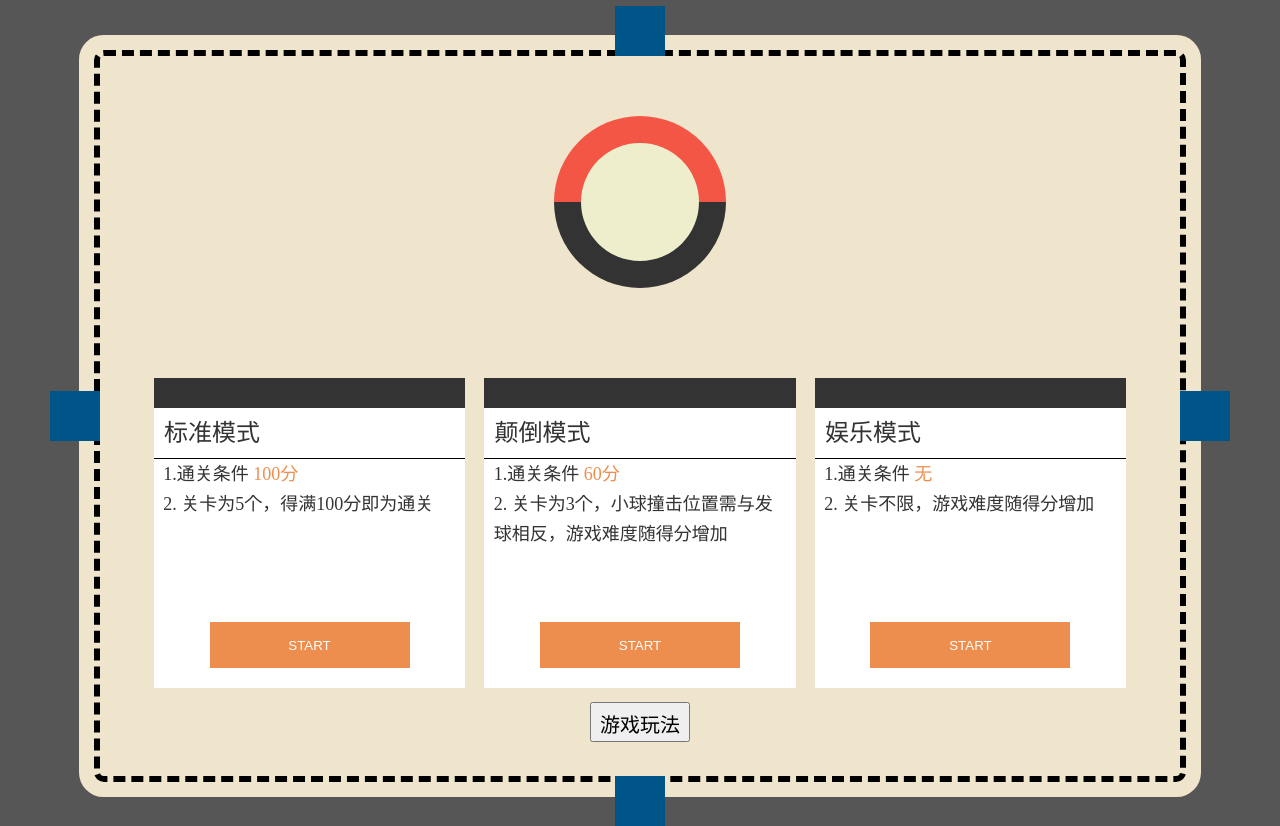
Repository: EEETA/ball-game
Page: theBall2/index.html
An editor plug-in stored every save of this project. The page is shown before and after the next save, followed by the edit.
The browser window is 1280 px wide. The pictures show the whole page.

Above is the page before, as saved 2018-08-04 00:28:17.

### theBall2/index.html
<!DOCTYPE html>
<html lang="en">
<head>
    <meta charset="UTF-8">
    <title>theBall</title>
	<link rel="stylesheet" href="style/index.css">
    <script src="js/jquery-1.8.3.min.js"></script>
	<script src="js/jquery.rotate.min.js"></script>
</head>
<body>
    <section class="box">
        <!-- 旋转div -->
        <section class="ball ballZhuan">
            <div class="redPart_box">
                <div class="redPart"></div>
            </div>
            <div class="blackPart_box">
                <div class="blackPart"></div>
            </div>
            <div class="middlePart"></div>
        </section>
        <div class="ball2"></div>

        <section class="idx_pattern">
            <!-- 主界面-游戏模式 -->
        </section>
        <section class="idx_intro">
            <!-- 主界面-游戏玩法 -->
        </section>

        <section class="game_mask">
        <!-- 游戏界面-娱乐模式遮罩提示层 -->
        </section>
        <div class="arrow">
            <!-- 升级效果 -->
        </div>
        <section class="game_shootBox">
            <!-- 游戏界面-小球发射台 -->
        </section>
        <section class="game_fraction">
            <!-- 游戏界面-分数血量显示 -->
        </section>
        <section class="game_hanlder">
            <!-- 游戏界面-结束模块 -->
        </section>
    </div>

    <script src="data/data.js"></script>
    <script>
        const patternLen = pattern.length;
        const idxPattern = document.querySelector('.idx_pattern');
        const idxIntro = document.querySelector('.idx_intro');
        const gameShootBox = document.querySelector('.game_shootBox');
        const gameFraction = document.querySelector('.game_fraction');
        const gameHanlder = document.querySelector('.game_hanlder');
        const gameMask = document.querySelector('.game_mask');
        var my=[];
        /*主界面-游戏模式*/
        for(var i=0;i<patternLen;i++){
            let idxPatternMain=`<div class="playWrap">
                                    <div class="playTit"> ${pattern[i].patternName} </div>
                                    <div class="playIntroduce">
                                        <div class="playIntroduceTxt">1.通关条件 <span style="color:#EE8E4E"> ${pattern[i].explain.condition} </span></div>
                                        <div class="playIntroduceTxt">2. ${pattern[i].explain.produce} </div>
                                    </div>
                                    <button class="start">START</button>
                                </div>`
            idxPattern.innerHTML+=idxPatternMain;
        }
        /*主界面-游戏玩法*/
        let produceTxt=`<div class="introTxt">
                            <div>
                                1.按空格键/AD可旋转 <img src="img/img1.png" alt="" class="sizeOne">
                            </div>
                            <div>
                                2.当<img src="img/img2.png" alt="" class="sizeOne">掉落时,根据模式将 <img src="img/img1.png" alt="" class="sizeOne"> 旋转到对应的颜色即可得1分,反之<span style="color:red">HP-1</span>
                            </div>
                            <div>
                                3.进入游戏后，每个玩家血量为5,右上角为分数面板 <img src="img/img3.png" alt="" class="sizeTwo"> 左侧为当前分数,右侧为当前关卡上限,分数达到上限即可进入下一关
                            </div>
                        </div>
                        <button class="introTxtBtn">游戏玩法</button>`
        idxIntro.innerHTML=produceTxt;



        /*游戏界面-小球发射台*/
        let gameShootBoxMain=`  <div class="launcher launT">

                                </div>
                                <div class="launcher launB">

                                </div>
                                <div class="launcher launL">

                                </div>
                                <div class="launcher launR">

                                </div>`
        gameShootBox.innerHTML+=gameShootBoxMain;

        /*游戏界面-小球发射台*/
        // let gameShootBoxMain=`<div class="top div_middle">
        //                             <div class="div_middle"></div>
        //                         </div>
        //                         <div class="bottom div_middle">
        //                             <div class="div_middle"></div>
        //                         </div>
        //                         <div class="left div_middle">
        //                             <div class="div_middle"></div>
        //                         </div>
        //                         <div class="right div_middle">
        //                             <div class="div_middle"></div>
        //                         </div>`
        // gameShootBox.innerHTML+=gameShootBoxMain;


        /*游戏界面-分数血量显示*/
        let gameFractionMain=`<div class="life">HP:
                                    <div class="hp_div">
                                        <div class="hp_div_main"></div>
                                    </div>
                                </div>
                                <div class="fraction">
                                    <span class="fraction_left"></span>
                                    /
                                    <span class="fraction_right"></span>
                                </div>`
        gameFraction.innerHTML=gameFractionMain;
        /*游戏界面-结束模块*/
        let gameHanlderMain=`<div class="interface">
                                <div class="over">Game Over</div>
                                <div class="success">成功通关</div>
                            </div>
                            <div class="button_box">
                                <button class="button_left">再玩一次</button>
                                <button class="button_right">返回大厅</button>
                            </div>`
        gameHanlder.innerHTML=gameHanlderMain;
        /*游戏界面-娱乐模式遮罩提示层*/
        let gameMaskMain=`<div class="Mask_span">
                                <span>按A键向左转</span>
                                <span>按D键向右转</span>
                            </div>
                            <span class="Mask_p">- 按空格键继续 -</span>`
        gameMask.innerHTML=gameMaskMain;
    </script>
    <script src="js/index.js"></script>
    <script src="js/animation.js"></script>
</body>
</html>

### theBall2/style/index.css
@charset "UTF-8";
html{background: #565656;}
body{-webkit-user-select:none;-moz-user-select:none;-ms-user-select:none; user-select:none;}
input{border: none;outline: none;-webkit-tap-highlight-color: #000000;-webkit-tap-highlight-color: rgba(0, 0, 0, 0);}
button{outline: none;}

.box{
    position: relative;
    margin: 50px auto 0;
    /* overflow: hidden; */
    width: 1080px;
    height: 720px;
    background: #eee5cc;
    border: 6px dashed #000;
    box-shadow: 0 0 0 15px #eee5cc;
    border-radius: 10px;
}
/*两种小球制作*/
.ball{
    position: relative;
    width: 172px;
    height: 172px;
    margin:60px auto 0;
    /* transform:rotate(0deg);
    -ms-transform:rotate(0deg);
    -moz-transform:rotate(0deg);
    -webkit-transform:rotate(0deg);
    -o-transform:rotate(0deg); */
    opacity:1
}
.redPart_box,.blackPart_box{
    height: 50%;
    overflow:hidden;
}
.redPart,.blackPart{
    position: relative;
    height: 172px;
    width: 172px;
    border-radius:50%
}
.redPart{background: #f45646;}
.blackPart{background: #333;top:-100%}
/* .redPart{background: #ff9b9b;}
.blackPart{background: #2aa1a7;top:-100%} */
.middlePart{
    position: absolute;
    left: 27px;
    top: 27px;
    width: 118px;
    height:118px;
    border-radius: 50%;
    background:#eec;
}
.ballZhuan1{
    animation-name:rotate;
    animation-iteration-count: infinite;
    animation-duration: 4s;
    animation-timing-function: linear;
}
@keyframes rotate{
    0%{
        transform:rotate(0deg)
    }
    100%{
         transform:rotate(360deg)
    }
}


.ball2{
    width: 0;
    height: 0;
    border-top:20px solid #f45646;
    border-bottom: 20px solid #333;
    border-left:20px solid #efa97a;
    border-right:20px solid #6dd3ce;
    border-width: 86px;
    position: absolute;
    top: calc(50% - 85px);
    left: calc(50% - 85px);
    opacity: 0;
    /* z-index: 10;
    transform:rotate(0deg); */
    border-radius: 50%;
}

/*小球发射*/
.launcher{
    position: absolute;
    margin: 0 auto;
    width: 50px;
    height: 50px;
    background: #058;
}
.launT{left: 0;right: 0;top: -50px;}
.launB{left: 0;right: 0;bottom: -50px;}
.launL{top: 50%;margin-top: -25px;left: -50px}
.launR{top: 50%;margin-top: -25px;right: -50px}
.launchBall{
    position: absolute;
    width: 100%;
    height:100%;
    background:#f45646;
    border-radius: 50%;
}


/*成功击中扩散动画*/
.ball_middle{
    height: 75px;
    width:75px;
    border-radius: 50%;
    background: #333;
    opacity:0.5;
    position: absolute;
    top: calc(50% - 37px);
    left:calc(50% - 37px);
}

.game_fraction{
    width: 100%;
    height: 80px;
    top:50px;
    position: absolute;
    display: none;
}
.life{width: 60%;height: 100%;display: inline-block;line-height: 80px;text-indent: 10px;color:#f00;}
.fraction{width: 30%;height: 100%;text-align: center;line-height: 80px;float: right;margin-right: 10px;font-size: 30px;}
.fraction span{color:#333;}
.firworks{width: 4px;height: 4px;position: absolute;border-radius: 50%}
.over,.success{position: absolute;top:43%;font-size: 60px;opacity:0;z-index: 30;width: 100%;text-align: center;}
.arrow{height: 300px;width: 500px;position: absolute;top: calc(50% - 150px);left: calc(50% - 250px);}
.arrow span{font-size: 30px;color: #333;position: absolute;left: calc(50% - 145px);top: 150px;opacity: 0;height: 100px;width: 300px;text-align: center;}
 .img{height:80px;width: 30px;position: absolute;}



.button_box{
    position: absolute;
    left:0;
    right:0;
    bottom:45px;
    margin:0 auto;
    width: 380px;
    display: none;
    opacity: 0;
}
.button_left,.button_right{
    height: 46px;
    width: 150px;
    background:#333;
    border-radius:3px;
    font-size: 24px;
    color:#fff;
    cursor:pointer;
    border:none;
}
.button_left:hover,.button_right:hover{background: #f45646;}
.button_left{float:left;}
.button_right{float:right;}


/************************************游戏玩法***********************************/
.introTxtBtn{
    position: absolute;
    bottom: 34px;
    font-size: 20px;
    cursor:pointer;
    z-index: 1000;
    left: calc(50% - 50px);
    height: 40px;
    width: 100px;
    text-align: center;
    line-height: 40px
}
.introTxtBtn:hover{
    background: #333;
    color: #fff;
}
.introTxt{
    width: 500px;
    height: 530px;
    left: calc(50% - 250px);
    top: calc(50% - 300px);
    line-height: 40px;
    background: #fff;
    border-radius: 5px;
    display: none;
    z-index: 1001;
    position: absolute;
}
.sizeOne,.sizeTwo{
    position:relative;
    top: 10px;
}
.sizeOne{width: 40px;}
.sizeTwo{width: 80px;}
.introTxt div{margin:30px auto;width: 90%;font-size: 24px}
.introTxt p{display: inline-block;}



.hp_div{display: inline-block;width: 180px;height: 40px;border:1px solid red;vertical-align:middle;border-radius: 4px;}
.hp_div_main{height: 100%;width: 100%;background: red;border-radius: 3px;}


.game_mask{
    display: none;
    position: absolute;
    width: 100%;
    height: 100%;
    top: 0;
    left: 0;
    background: rgba(51,51,51,.5);
    font-size: 30px;
    color: #fff;
    z-index: 1;
}
.Mask_span{
    position: absolute;
    top:calc(50% - 100px);
    opacity: 1;
    width: 100%;
    text-align: center;
    line-height: 100px;
}
.Mask_span span{
    display: block;
}
.Mask_p {
    position: absolute;
    bottom: 150px;
    width: 100%;
    text-align: center;
    font-size:40px;
    color: #000;
    animation-name:opacity;
    animation-iteration-count: infinite;
    animation-duration: 1.8s;
}
@keyframes opacity{
    0%{
        opacity:0
    }
    50%{
        opacity: 1
    }
    100%{
        opacity:0
    }
}


/*playFour*/
.idx_pattern{
    overflow:auto;
    position: relative;
    margin: 0 auto;
    width: 90%;
    margin-top: 90px;
}
.playWrap{
    overflow: hidden;
    position: relative;
    float:left;
    width: 32%;
    height: 280px;
    background:#fff;
    color:#333;
    border-top: 30px solid;
}
.playWrap:nth-child(2){margin: 0 2%;}
.playWrap:hover{
    background: rgba(255,255,255,.7)
}
.playTit{
    /* width: 100%; */
    border-bottom: 1px solid #000;
    font-size: 24px;
    line-height: 50px;
    text-indent: 10px;
}
.playIntroduce{
    font-size: 18px;
    text-align: left;
    line-height: 30px;
    margin: 0 auto;
    width: 94%;
}
.start{
    position:absolute;
    bottom:0;
    left:0;
    right:0;
    width: 200px;
    height: 46px;
    background: #EE8E4E;
    color: #fff;
    outline: none;
    margin: 0 auto 20px;
    cursor: pointer;
    border: none;
}
.start:hover{background: rgba(51,51,51,1)}

### theBall2/data/data.js

/*
patternName：模式名称
explain：游戏说明
condition：过关条件
produce：关卡介绍
tip：其他
*/
var pattern=[
    {
        patternName:'标准模式',
        explain:{
            condition:'100分',
            produce:'关卡为5个，得满100分即为通关',
            tip:''
        }
    },
    {
        patternName:'颠倒模式',
        explain:{
            condition:'60分',
            produce:'关卡为3个，小球撞击位置需与发球相反，游戏难度随得分增加',
            tip:''
        }
    },
    {
        patternName:'娱乐模式',
        explain:{
            condition:'无',
            produce:'关卡不限，游戏难度随得分增加',
            tip:''
        }
    }
]
var gameInit=[
    {
        hp:1,
        hp_box:10,
        fraction:0,
        toplimit:10,

    }
]
// var gameHanlder={
//     gameOver="Game Over",
//     gameSuccess="游戏通关",
// }

### theBall2/js/animation.js


// 抖动效果
jQuery.fn.shake = function (intShakes /*Amount of shakes*/, intDistance /*Shake distance*/, intDuration /*Time duration*/) {
    this.each(function () {
        var jqNode = $(this);
        jqNode.css({ position: 'relative' });
        for (var x = 1; x <= intShakes; x++) {
            jqNode.animate({ left: (intDistance * -1) }, (((intDuration / intShakes) / 4)))
            .animate({ left: intDistance }, ((intDuration / intShakes) / 2))
            .animate({ left: 0 }, (((intDuration / intShakes) / 4)));
        }
    });
    return this;
}

/*撞击成功*/
success=function(r,borderSpacing){
    switch_1=1;
    $('<div class="ball_middle" style="background-color:'+$(r).css('background-color')+';display:block"></div>').appendTo(ballShow);
    $('.ball_middle').animate({ borderSpacing:borderSpacing },{
            step:function(now){
                $(this).css('transform','scale('+now+','+now+')')
            },
            duration:200
        }
    );
    $('.ball_middle').animate({opacity:'0'},200,function(){
        this.remove();
    });
    $(r).remove();

    fractionNow++;
    $('.fraction_left').html(fractionNow);
}

fail=function(r){   //撞击失败
    switch_1=1;
    for(var i=0;i<20;i++){
        var firworks=$('<div class="firworks"></div>');
        var b=new boom(firworks,$(r).offset().left,$(r).offset().top,$(r).css('background-color'));
        b.move();
    }
    $(r).remove();
	hp--;
    fail_hp=hp*100/hp_box;
    $('.hp_div_main').animate({width:fail_hp+"%"},500);
}

boom=function(div,x,y,color){  //爆炸效果
        $('body').append(div);
        $(div).css({
            left:x+'px',
            top:y+'px',
            background:color
        });
        var speedX = (parseInt(Math.random()*2) == 0 ? 1 : -1)*parseInt(Math.random()*16 + 1);  //三目运算符随机移动方向，概率50%,为1时往正方向移动，负1时往反方向移动第二个随机数随机速度快慢
        var speedY = (parseInt(Math.random()*2) == 0 ? 1 : -1)*parseInt(Math.random()*20 + 1);

        this.move=function(){
            var i = 3;
            var time=setInterval(function(){
            i++;
            $(div).css({
                left:div[0].offsetLeft+speedX+'px',
                top:div[0].offsetTop+speedY+i+'px',
            })
            if(div[0].offsetLeft+div[0].offsetWidth>window.innerWidth|| div[0].offsetLeft<2 || div[0].offsetTop+div[0].offsetHeight>window.innerHeight || div[0].offsetTop<2 ){
                    div.remove();       //移动出可视区域记得删除div和清除定时器
                    clearInterval(time);
                }
            },1000/30)
        }
}

callarrow=function(arrow_html){  //初始化提升动画
    for(var i=0;i<10;i++){
        var a=new addarrow(i);
        a.move();
    }

    $('.arrow').append('<span>'+arrow_html+'</span>');
    $('.arrow span').animate({top:'0',opacity:1},600,function(){$(this).animate({opacity:0},800,function(){this.remove()})});

}

 addarrow=function(i){  //难度提升动画
        var leftnum=parseInt(Math.random()*500);
        var topnum=parseInt(Math.random()*400);
        var arrow=$(' <img src="img/Arrow.png" class="img">');
        var now=(Math.random()*1.1+0.75).toFixed(2);

        $('.arrow').append(arrow);
        $('.img')[i].style.cssText="top:"+topnum+"px;left:"+leftnum+"px;transform:scale("+now+","+now+")";

        this.move=function(i){
            $('.img').animate({top:'-100',opacity:'0'},700,function(){
                this.remove();
            });
        }
}
endarrow=function(innertHTML,time){
    $('.arrow').append('<span>'+innertHTML+'</span>');
    setTimeout(function(){$('.arrow span').animate({top:'0',opacity:1},1000,function(){$(this).animate({opacity:0},1500,function(){this.remove()})})},time);
}

rotate_transition=function(ball,ball2){
    $(ball).rotate({
            animateTo: 180,
            duration:300,
        }
    );
    $(ball).animate({opacity:'0'},600);
    $(ball2).animate({opacity:'1'},600);
    $(ball2).rotate({
            animateTo:-360,
            duration:600
    });
}

movejudge=function(r,rou,red,qing,black,num,numberMode){
    numbox=numList;
    if(numList>0){
        numbox=negative;
    }
    if($(r).css('background-color')=='rgb(239, 169, 122)' && numbox%360==rou){  //肉
        success(r,num);
    }else if($(r).css('background-color')=='rgb(244, 86, 70)' && numbox%360==red){  //红
        success(r,num);
    }else if($(r).css('background-color')=='rgb(109, 211, 206)' && numbox%360==qing){  //青
        success(r,num);
    }else if($(r).css('background-color')=='rgb(51, 51, 51)' && numbox%360==black){  //黑
        success(r,num);
    }else{fail(r)};

    appendball(numberMode);
    $(r).stop();
}

// Mask=function(){
//     $('.game_mask').fadeIn(300);
//     $('.Mask_p').fadeIn(800);
//     $('.Mask_span').fadeIn(800);
//     // $('.Mask_p').addClass('play');
// }


box_animation=function(height,width,speed){
    speed = speed||1000;
    $('.box').animate(
        {
            width:width+'px',
            height:height+'px',
        },
        {
            duration:speed,
        }
  	);
}

Loaded but not shown: theBall2/js/jquery-1.8.3.min.js (library); theBall2/js/jquery.rotate.min.js (library); theBall2/js/index.js (336 lines, source omitted)

After the next save:
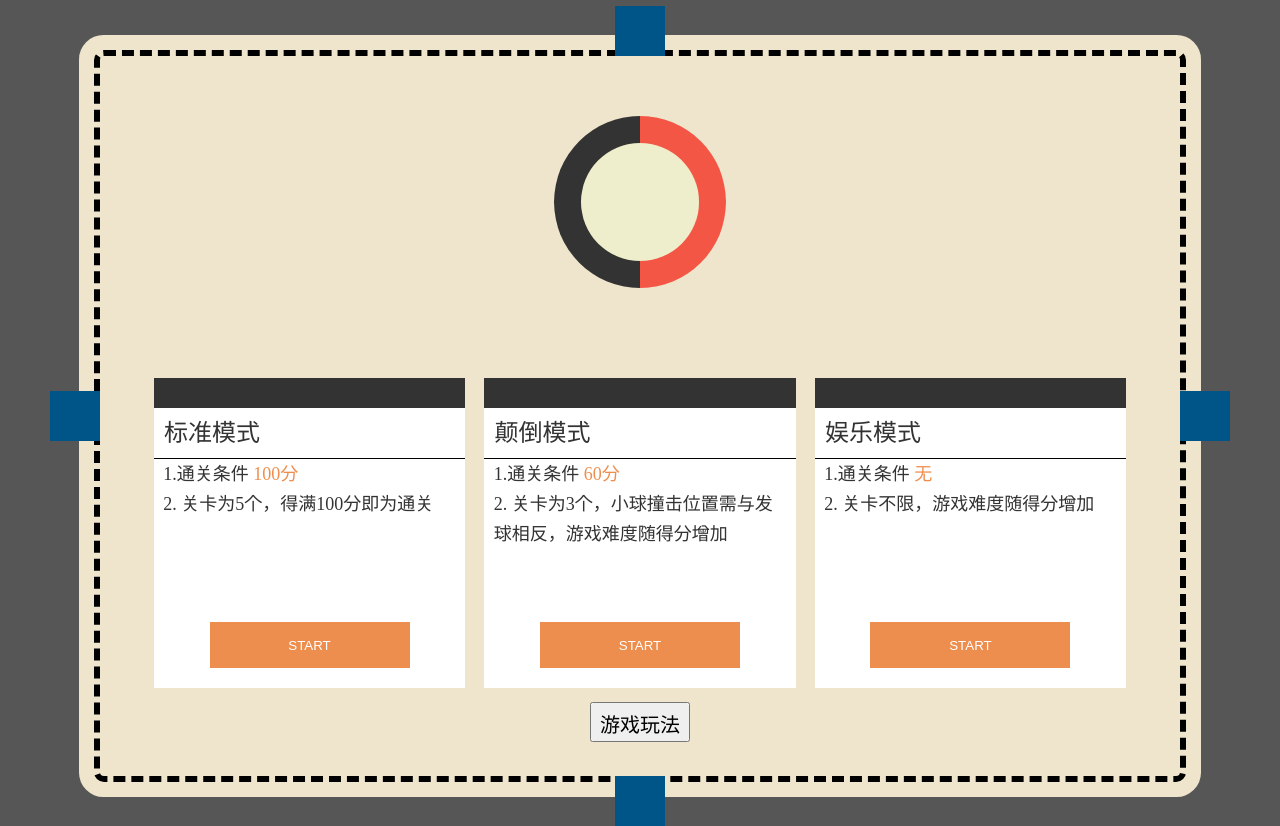
Saved 7 s later.
--- a/theBall2/style/index.css
+++ b/theBall2/style/index.css
@@ -51,7 +51,7 @@ button{outline: none;}
     border-radius: 50%;
     background:#eec;
 }
-.ballZhuan1{
+.ballZhuan{
     animation-name:rotate;
     animation-iteration-count: infinite;
     animation-duration: 4s;
